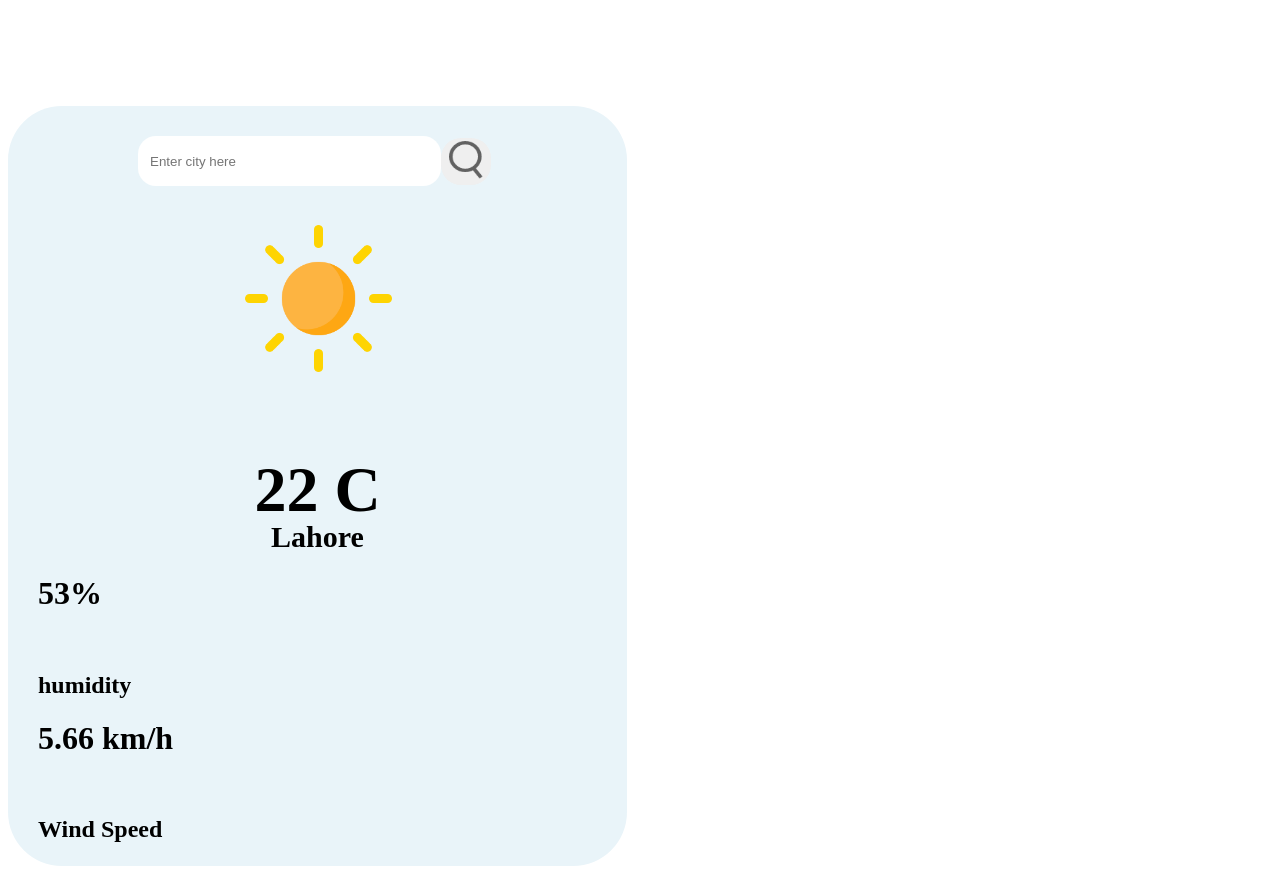
Repository: WajihaGul/Javascripts-Projects
Page: WEATHER APP/index.html
These files come from the project's save history. The page is drawn as it stood at one moment and after the next save; the edit follows.
The browser window is 1280 px wide. The pictures show the whole page.

Above is the page before, as saved 2024-06-07 15:58:51.
Not found: WEATHER APP/script.js

After the next save:
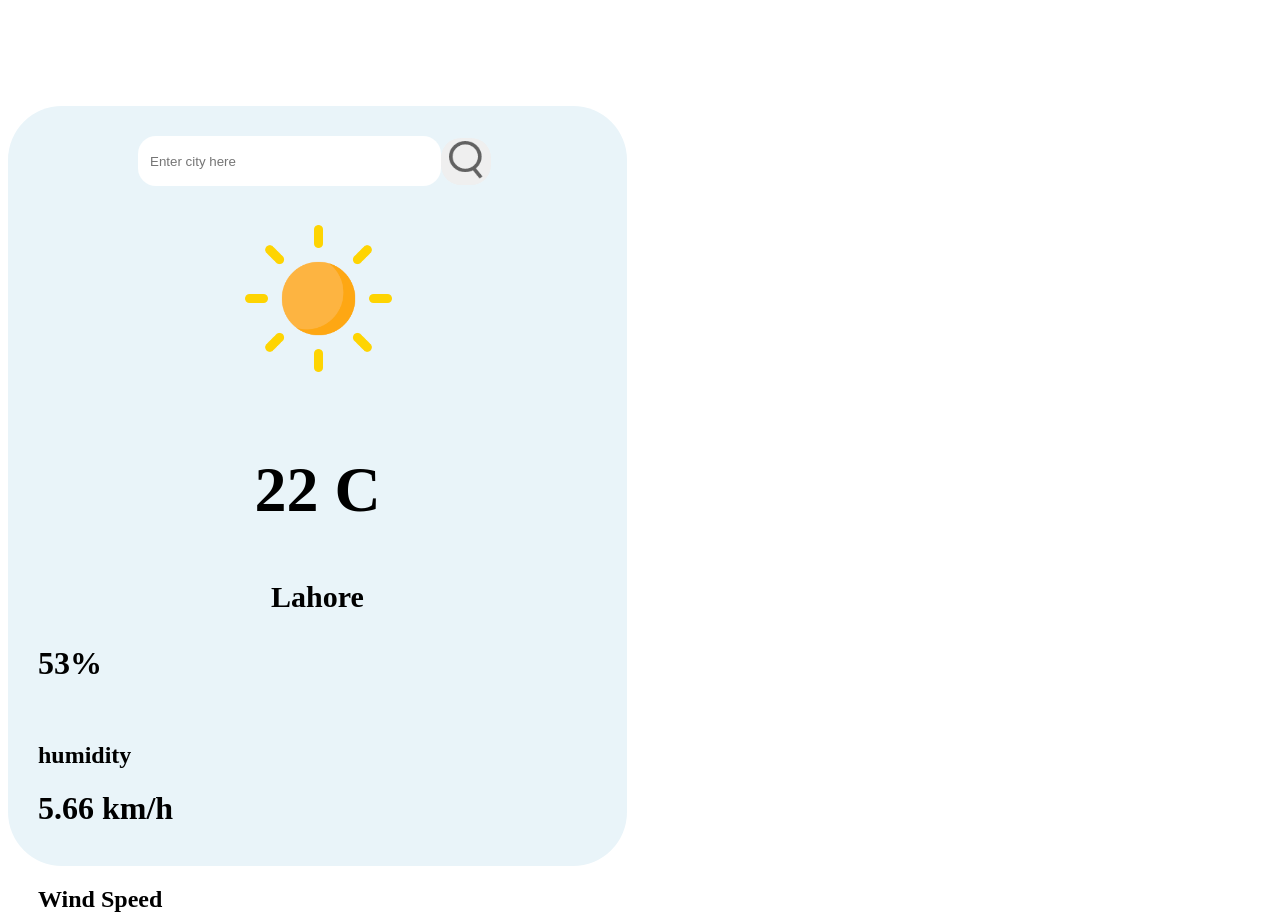
Saved 118 s later.
--- a/WEATHER APP/style.css
+++ b/WEATHER APP/style.css
@@ -49,5 +49,5 @@
     align-items: center;
     justify-content: center;
     font-size: 30px;
-    margin-top: -50px;
+    padding: 10px;
 }
